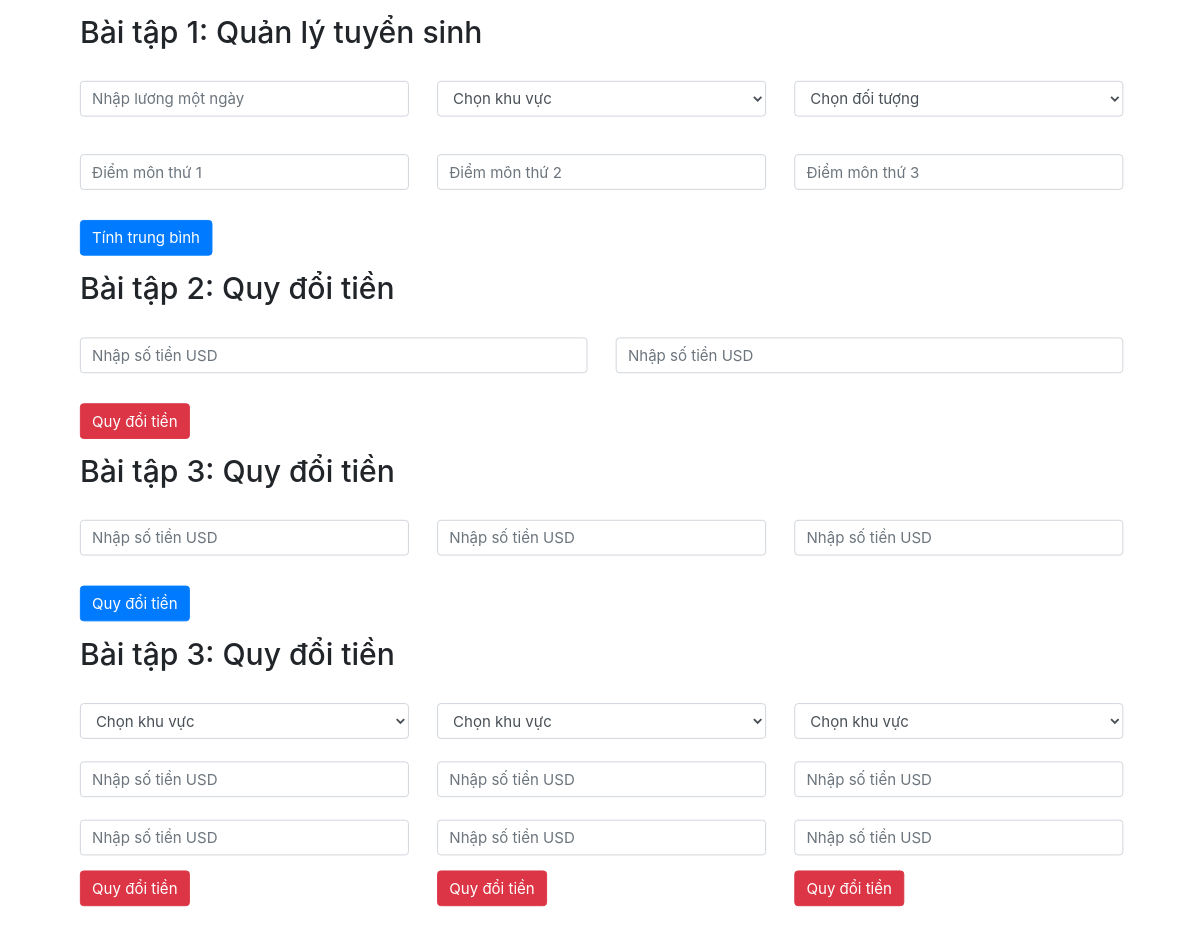
Repository: thanhfrankie/BC10-LeMinhThanh-Js-b5
Page: index.html
These files come from the project's save history. The page is drawn as it stood at one moment and after the next save; the edit follows.
The browser window is 1280 px wide. The pictures show the whole page, at 94% of full size.

Above is the page before, as saved 2023-12-15 17:38:54.

After the next save:
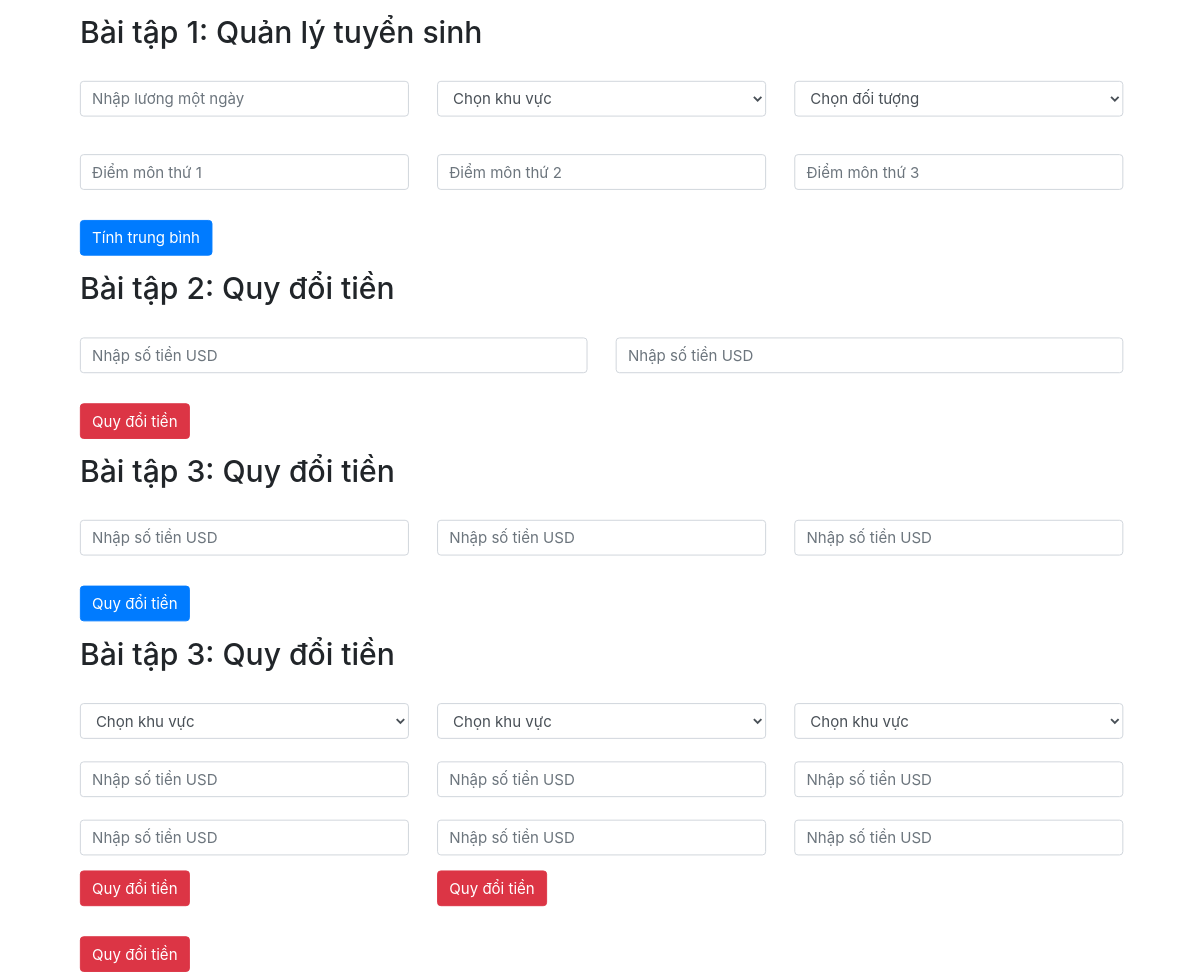
Saved 5 s later.
--- a/index.html
+++ b/index.html
@@ -297,11 +297,11 @@
                     required
                   />
 
-                  <button type="button" onclick="quyDoiTien()" class="btn btn-danger mt-3">
-                   Quy đổi tiền
-                  </button>
-                </div></div>
-            </div>
+                </div></div>
+            </div>
+            <button type="button" onclick="quyDoiTien()" class="btn btn-danger mt-3">
+             Quy đổi tiền
+            </button>
 
             <h3 id="so-luong-VND" class="text-success"></h3>
           </div>
